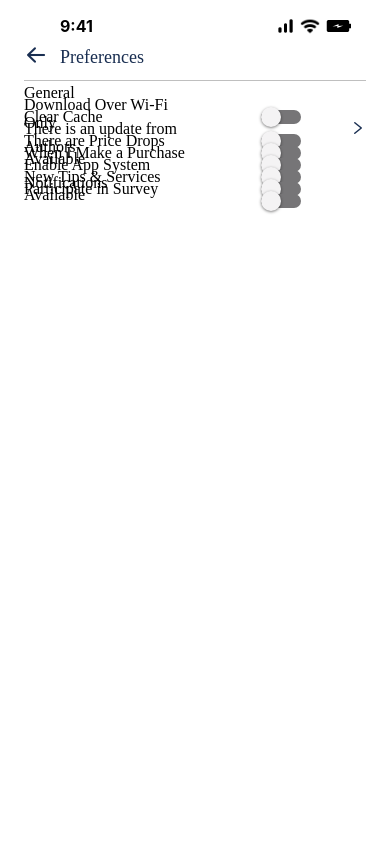
Repository: tnmod/Erabook
Screen: / (app in app/)
The author's editor kept a copy of each file at every save. The screen is drawn from the files as they stood at one save, then again after the next save.
The app was drawn by React Native's web renderer in a window 390 px wide. The project was rebuilt for these pictures with package versions that can differ from the ones it lists, and the page was loaded fresh each time. Imported but missing from the stored project, and not drawn on this page: app/src/redux/features/CounterAPI.

Above is the screen before, as saved 2023-05-25 19:10:34.

After the next save:
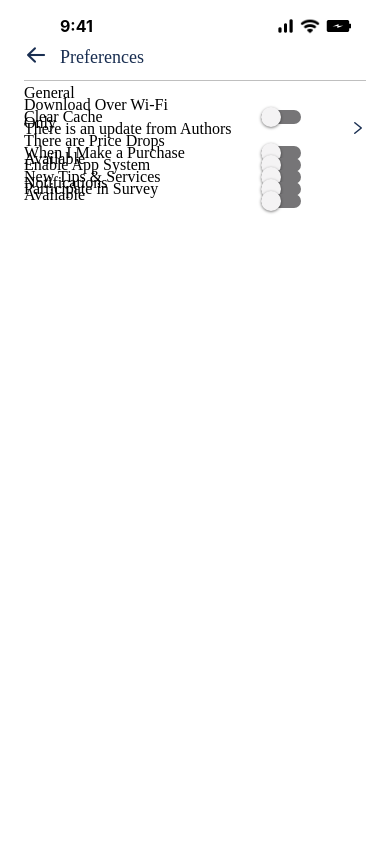
Saved 40 s later.
--- a/app/src/screens/Preferences/Preferences.tsx
+++ b/app/src/screens/Preferences/Preferences.tsx
@@ -39,15 +39,6 @@ const Notification: React.FC = () => {
                     </TouchableOpacity>
                     <TouchableOpacity style={[styles.container1]}>
                         <Text style={[styles.text3]}>There is an update from Authors</Text>
-                        <View style={styles.container3}>
-                            <Switch
-                                trackColor={{ false: '#767577', true: '#81b0ff' }}
-                                thumbColor={isEnabled ? '#f5dd4b' : '#f4f3f4'}
-                                ios_backgroundColor="#3e3e3e"
-                                onValueChange={toggleSwitch}
-                                value={isEnabled}
-                            />
-                        </View>
                     </TouchableOpacity>
                     <TouchableOpacity style={[styles.container1]}>
                         <Text style={[styles.text3]}>There are Price Drops Available</Text>
